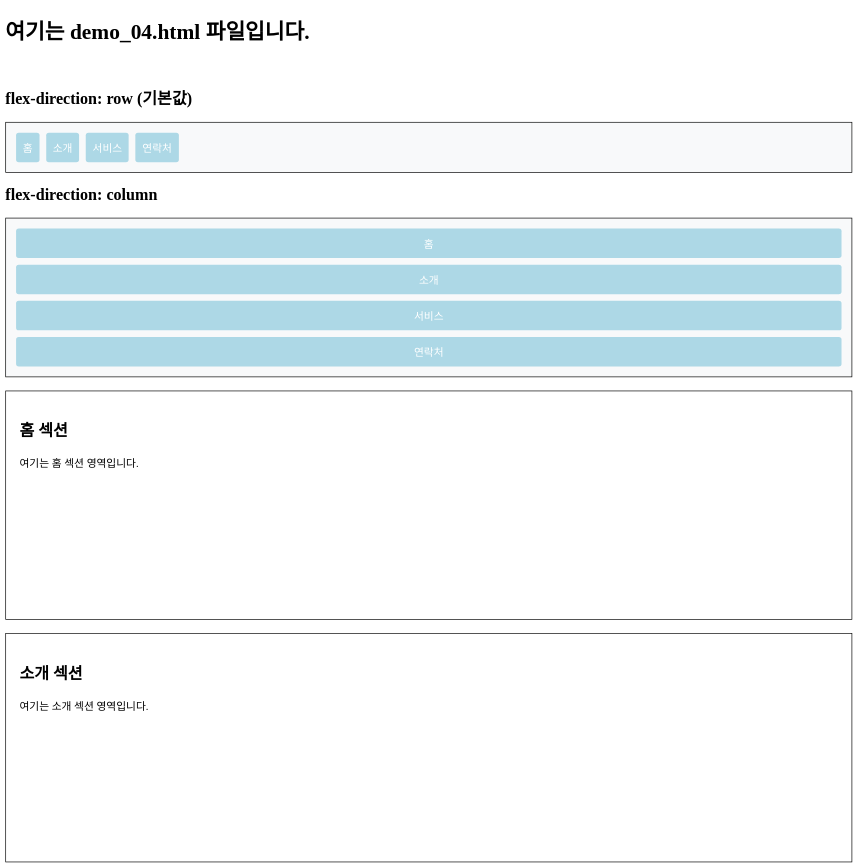
Repository: kimmingyeong225/totalJSP
Page: class_flexbox_011/src/main/webapp/demo_04.html
An editor plug-in stored every save of this project. The page is shown before and after the next save, followed by the edit.
The browser window is 1280 px wide. The pictures show the whole page, at 67% of full size.

Above is the page before, as saved 2024-07-01 01:32:26.

### class_flexbox_011/src/main/webapp/demo_04.html
<!DOCTYPE html>
<html>
<head>
<meta charset="UTF-8">
<title>인라인 블록 요소 예시</title>
<style type="text/css">
    .navbar1{
        display:flex;
        border: 1px solid black;
        background-color: #f8f9fa;
        padding: 10px;
    }
    .nav-item1{
        margin:5px;
        padding:10px;
        background-color:lightblue;
        color: white;
        text-align: center;
        border-radius:4px;
        text-decoration: none;
    }
    .navbar2{
        display:flex;
        border: 1px solid black;
        background-color: #f8f9fa;
        padding: 10px;
        flex-direction: column;
    }
    .nav-item2{
        margin:5px;
        padding:10px;
        background-color:lightblue;
        color: white;
        text-align: center;
        border-radius:4px;
        text-decoration: none;
    }
    .content1{
        margin: 10px;
        display:flex;
        border: 1px solid gray;
        padding: 10px;
    }

    .section {
    	height: 300px;
    	padding: 20px;
    	margin-top: 20px;
    	border: 1px solid #000;

    }

</style>
</head>
<body>
    <!-- http://localhost:8080/demo1/demo_04.html -->
    <h1>여기는 demo_04.html 파일입니다.</h1>
    <br>

    <h2>flex-direction: row (기본값)</h2>
        <div class="navbar1">
            <a href="#home" class="nav-item1">홈</a>
            <a href="#about" class="nav-item1">소개</a>
            <a href="#services" class="nav-item1">서비스</a>
            <a href="#contact" class="nav-item1">연락처</a>
        </div>

    <h2>flex-direction: column</h2>
        <div class="navbar2">
            <a href="#home" class="nav-item2">홈</a>
            <a href="#about" class="nav-item2">소개</a>
            <a href="#services" class="nav-item2">서비스</a>
            <a href="#contact" class="nav-item2">연락처</a>
        </div>

    <div class="section" id="home">
    	<h2>홈 섹션</h2>
    	<p>여기는 홈 섹션 영역입니다. </p>
    </div>

     <div class="section" id="about">
    	<h2>소개 섹션</h2>
    	<p>여기는 소개 섹션 영역입니다. </p>
    </div>



</body>
</html>

After the next save:
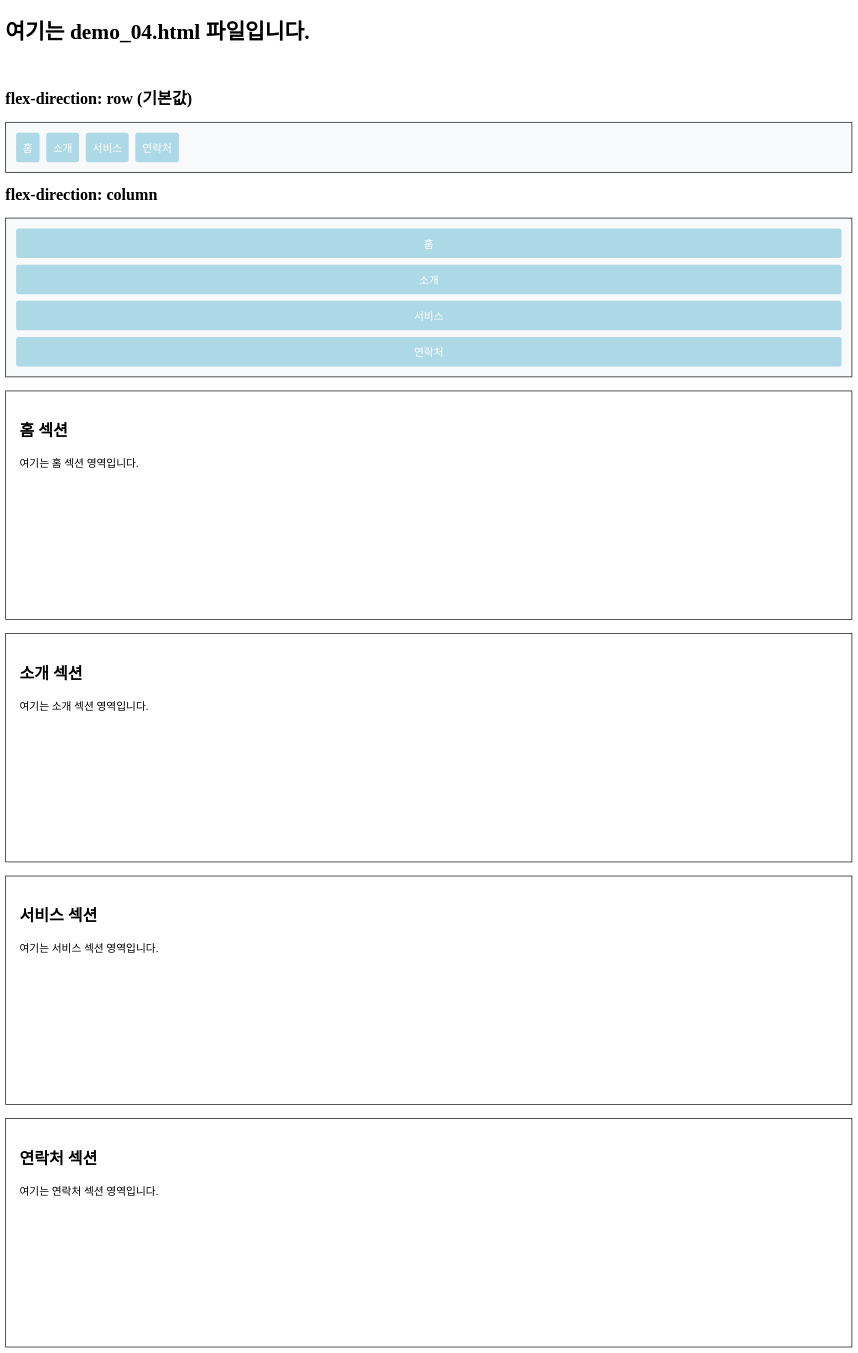
Saved 78 s later.
--- a/class_flexbox_011/src/main/webapp/demo_04.html
+++ b/class_flexbox_011/src/main/webapp/demo_04.html
@@ -83,7 +83,15 @@
     	<p>여기는 소개 섹션 영역입니다. </p>
     </div>
 
+    <div class="section" id="services">
+    	<h2>서비스 섹션</h2>
+    	<p>여기는 서비스 섹션 영역입니다. </p>
+    </div>
 
+  <div class="section" id="contact">
+    	<h2>연락처 섹션</h2>
+    	<p>여기는 연락처 섹션 영역입니다. </p>
+    </div>
 
 </body>
 </html>
